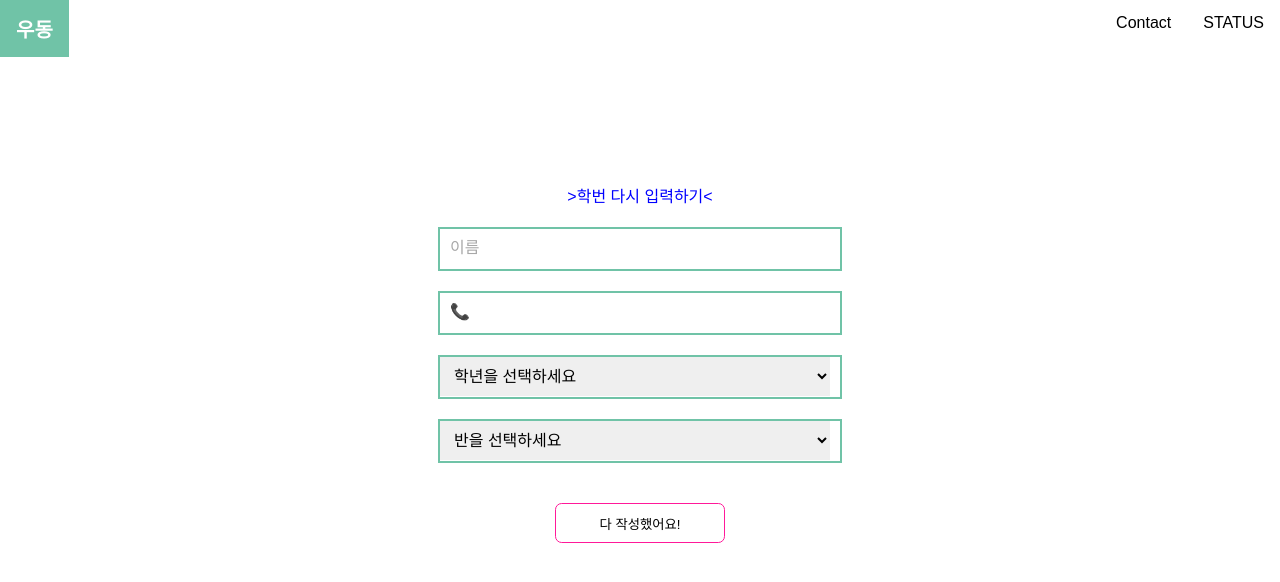
Repository: charmingjae/circles
Page: http://localhost/circles/root/login.jsp
The author's editor kept a copy of each file at every save. The page is drawn from the files as they stood at one save, then again after the next save.
The browser window is 1280 px wide. The pictures show the whole page.
Some web fonts or font styles are not loaded; a fallback is used. The page is served by Tomcat 9.

Above is the page before, as saved 2020-07-09 15:44:03.

After the next save:
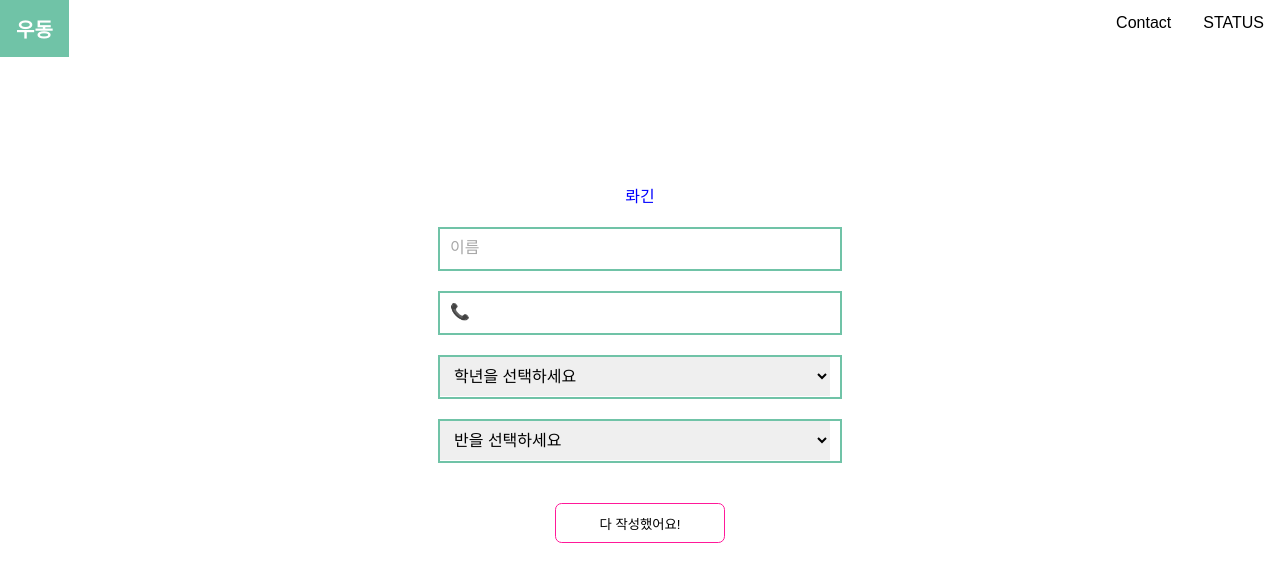
Saved 6 s later.
--- a/circles/WebContent/root/login.jsp
+++ b/circles/WebContent/root/login.jsp
@@ -20,7 +20,7 @@
 	-->
 	<form action="chkInterest.jsp" class="container" method="post" name="frmInfo">
 		<div class="container">
-			<span id="showRetIndex" onClick="javascript:location.href='index.jsp'" style="cursor:hand" onfocus="blur();"> >학번 다시 입력하기< </span>
+			<span id="showRetIndex" onClick="javascript:location.href='index.jsp'" style="cursor:hand" onfocus="blur();"> 롸긴 </span>
 			<div class="main">
 				<input type="text" placeholder="이름">
 			</div>
